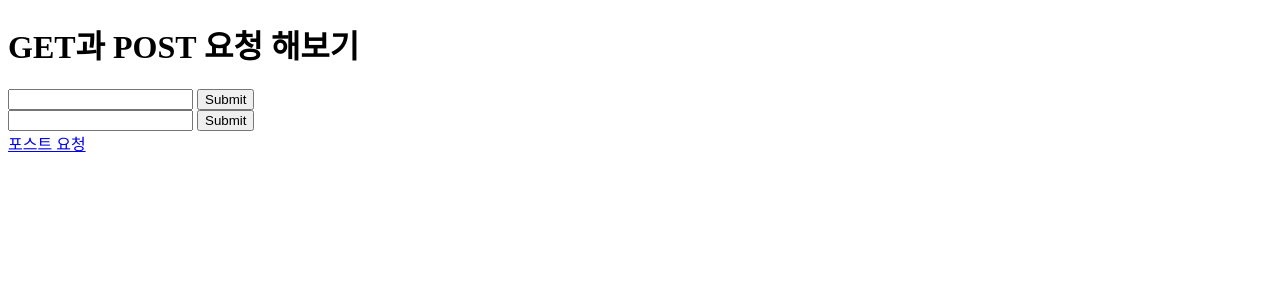
Repository: Kimgigon123123/JspServlet
Page: WorkSpace/01.HelloJspServlet/src/main/webapp/getpost.html
These files come from the project's save history. The page is drawn as it stood at one moment and after the next save; the edit follows.
The browser window is 1280 px wide. The pictures show the whole page.

Above is the page before, as saved 2023-05-18 02:22:58.

### WorkSpace/01.HelloJspServlet/src/main/webapp/getpost.html
<!DOCTYPE html>
<html>
<head>
<meta charset="UTF-8">
<title>Insert title here</title>
</head>
<body>
 	<h1> GET과 POST 요청 해보기</h1>
 	<!-- text값을 요청할 수 있는 폼태그 하나 만들고 요청해보기(submit) -->
 	<form action="Ex03_GetPost" method="post"><!-- action: -->
 	 <input type="text" name="txt1" id="txt2"><!-- name vs id -->
 	 <input type="submit">
 	</form>

 	<form action="Ex03_GetPost" method=""><!-- action: -->
 	 <input type="text" name="txt1" id="txt2"><!-- name vs id -->
 	 <input type="submit">
 	</form>

 	<!--  a태그로 EX03_GetPost요청해보기 -->
 	<a href = "Ex03_GetPost"  method="post">포스트 요청</a>
</body>
</html>

After the next save:
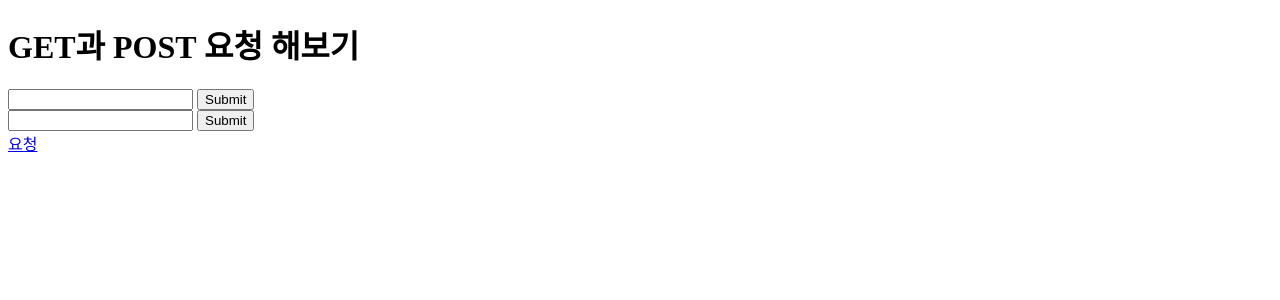
Saved 29 s later.
--- a/WorkSpace/01.HelloJspServlet/src/main/webapp/getpost.html
+++ b/WorkSpace/01.HelloJspServlet/src/main/webapp/getpost.html
@@ -18,6 +18,6 @@
  	</form>
 
  	<!--  a태그로 EX03_GetPost요청해보기 -->
- 	<a href = "Ex03_GetPost"  method="post">포스트 요청</a>
+ 	<a href = "Ex03_GetPost"  method="">요청</a>
 </body>
 </html>
